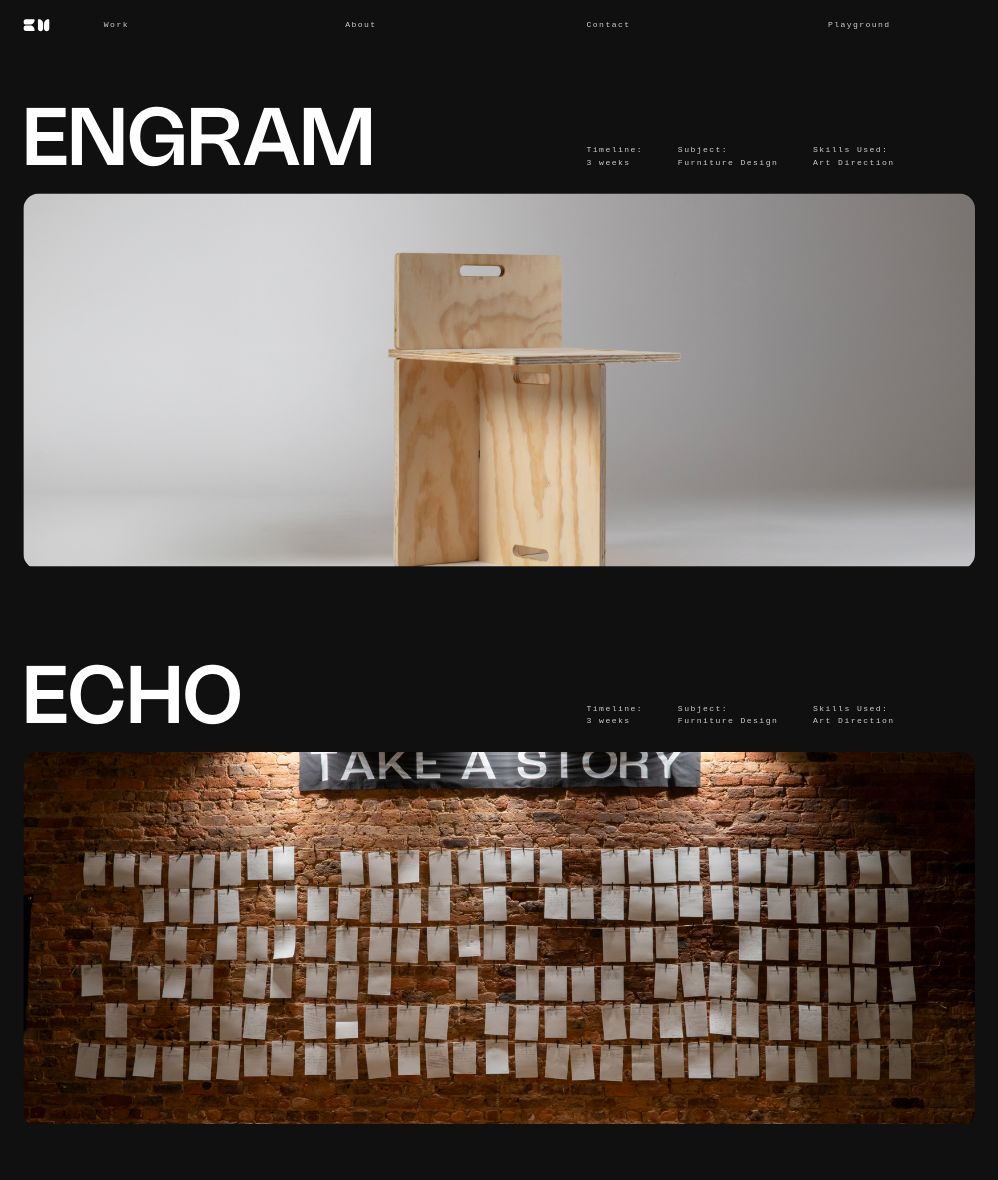
Repository: theethanwright/ethan_wright_portfolio
Page: work.html
These files come from the project's save history. The page is drawn as it stood at one moment and after the next save; the edit follows.
The browser window is 1280 px wide. The pictures show the whole page, at 78% of full size.

Above is the page before, as saved 2023-12-26 21:30:14.

After the next save:
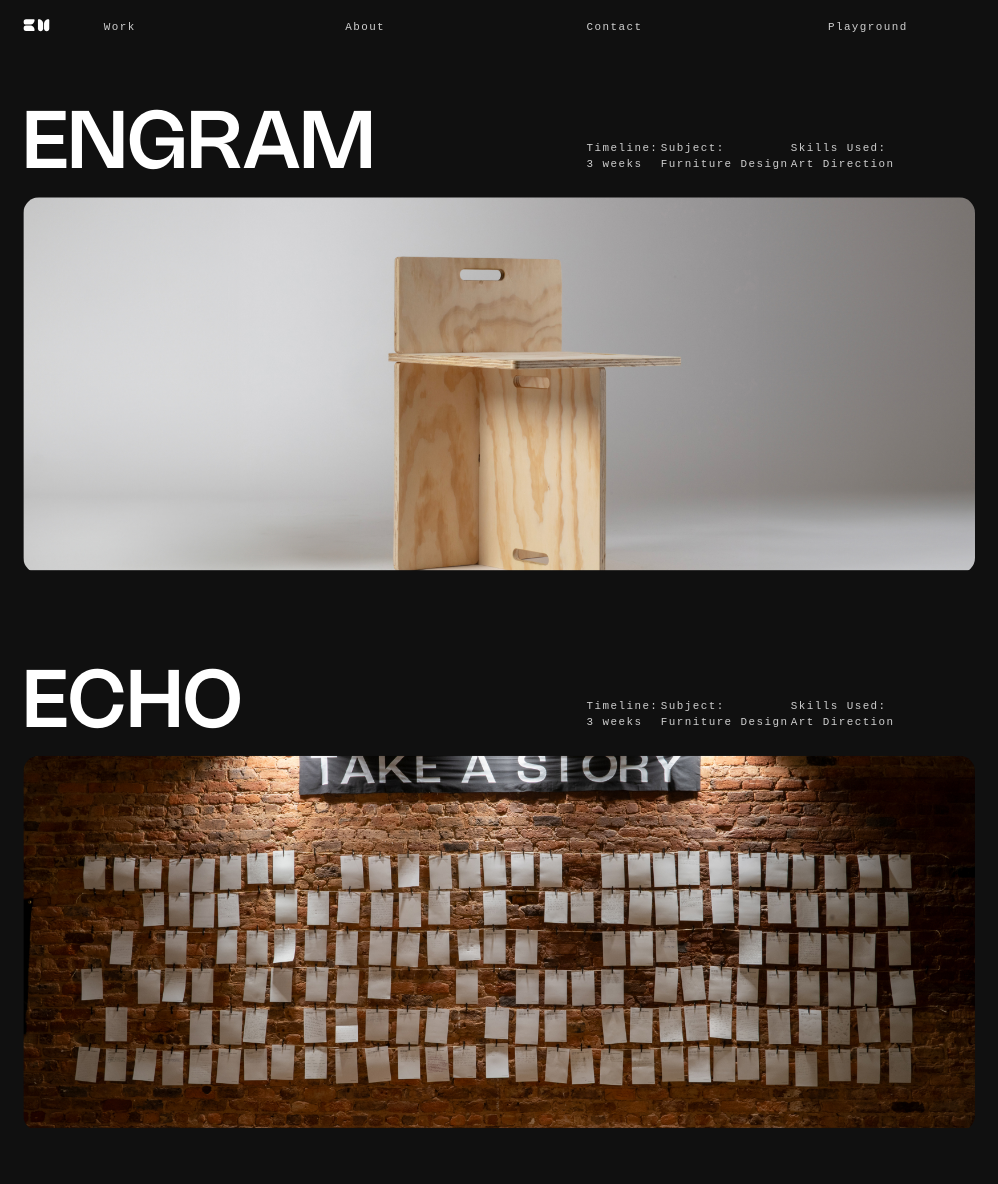
Saved 37 s later.
--- a/work/main.css
+++ b/work/main.css
@@ -24,7 +24,7 @@
   box-sizing: border-box;
     color: rgba(255, 255, 255, 0.80);
     font-family: 'IBM Plex Mono', monospace;
-    font-size: clamp(10px, 0.81vw, 14px);
+    font-size: clamp(10px, 14px, 14px);
     font-style: normal;
     font-weight: 400;
     line-height: 150%; /* 21px */

After the save that followed:
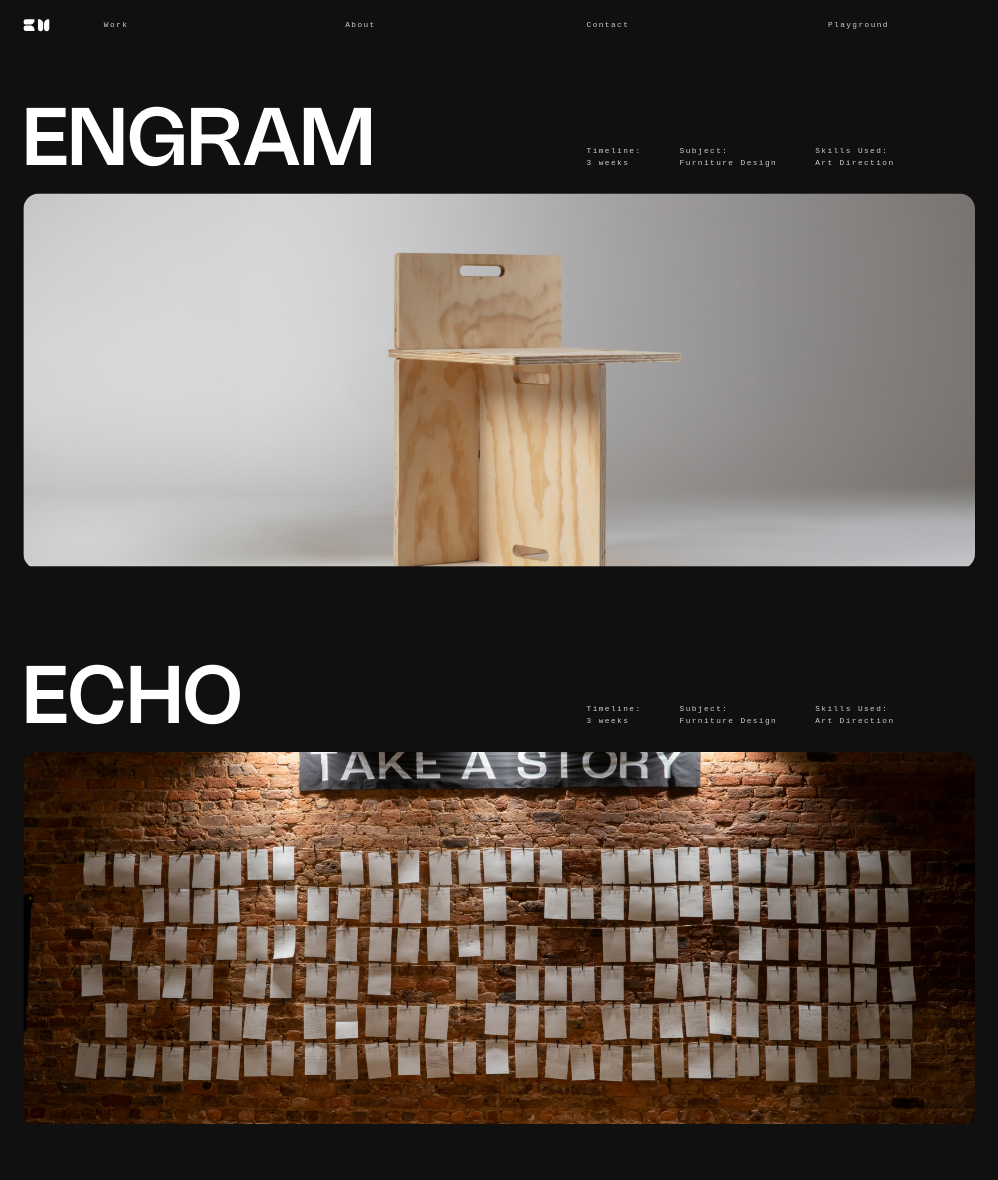
Saved 19 s later.
--- a/work/main.css
+++ b/work/main.css
@@ -24,7 +24,7 @@
   box-sizing: border-box;
     color: rgba(255, 255, 255, 0.80);
     font-family: 'IBM Plex Mono', monospace;
-    font-size: clamp(10px, 14px, 14px);
+    font-size: clamp(10px, 50%, 14px);
     font-style: normal;
     font-weight: 400;
     line-height: 150%; /* 21px */
